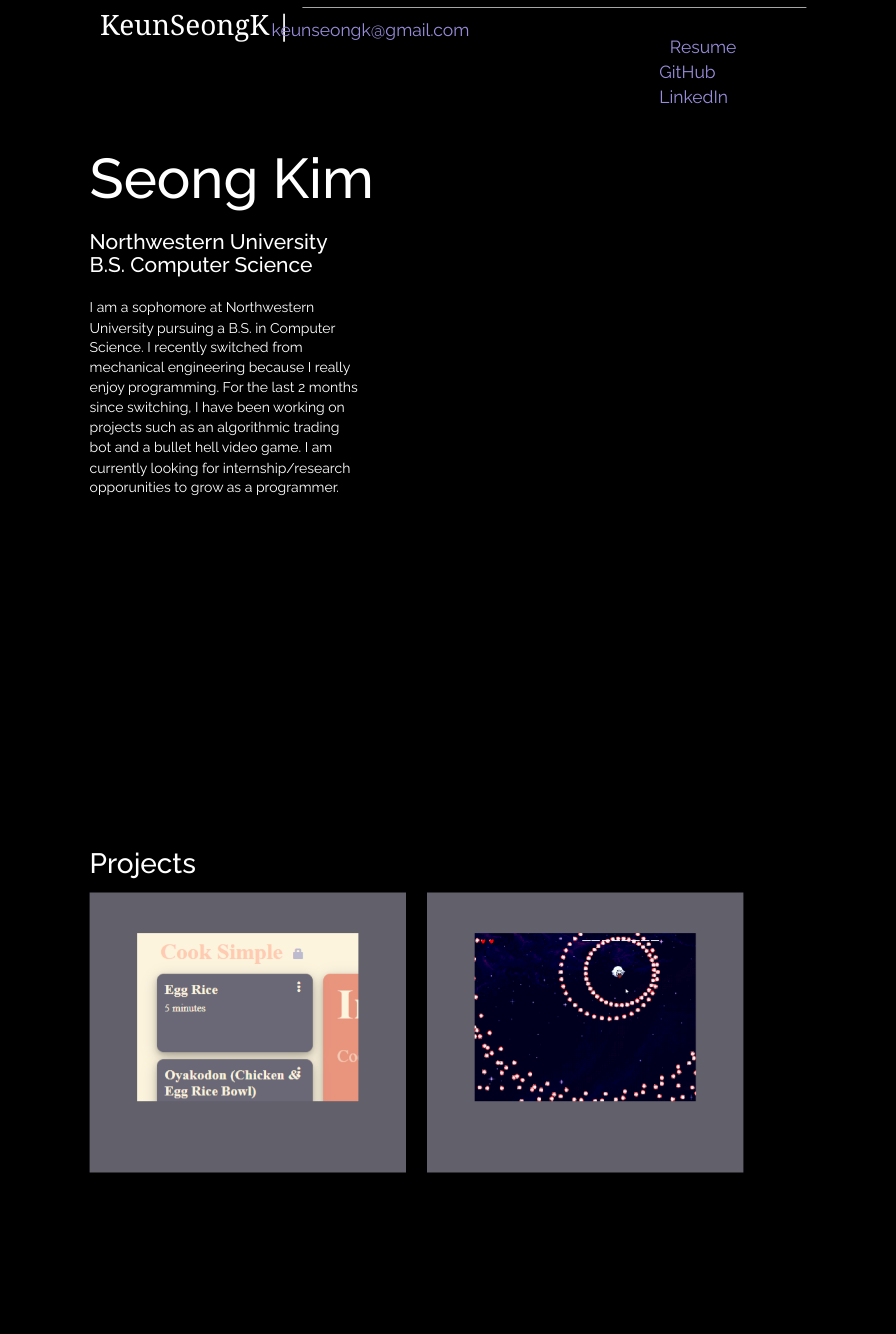
Repository: oqueuo/personal-site
Page: index.html
An editor plug-in stored every save of this project. The page is shown before and after the next save, followed by the edit.
The browser window is 1280 px wide. The pictures show the whole page, at 70% of full size.

Above is the page before, as saved 2020-09-21 16:48:17.
Console error (its wording comes from the project's code and is left out).

After the next save:
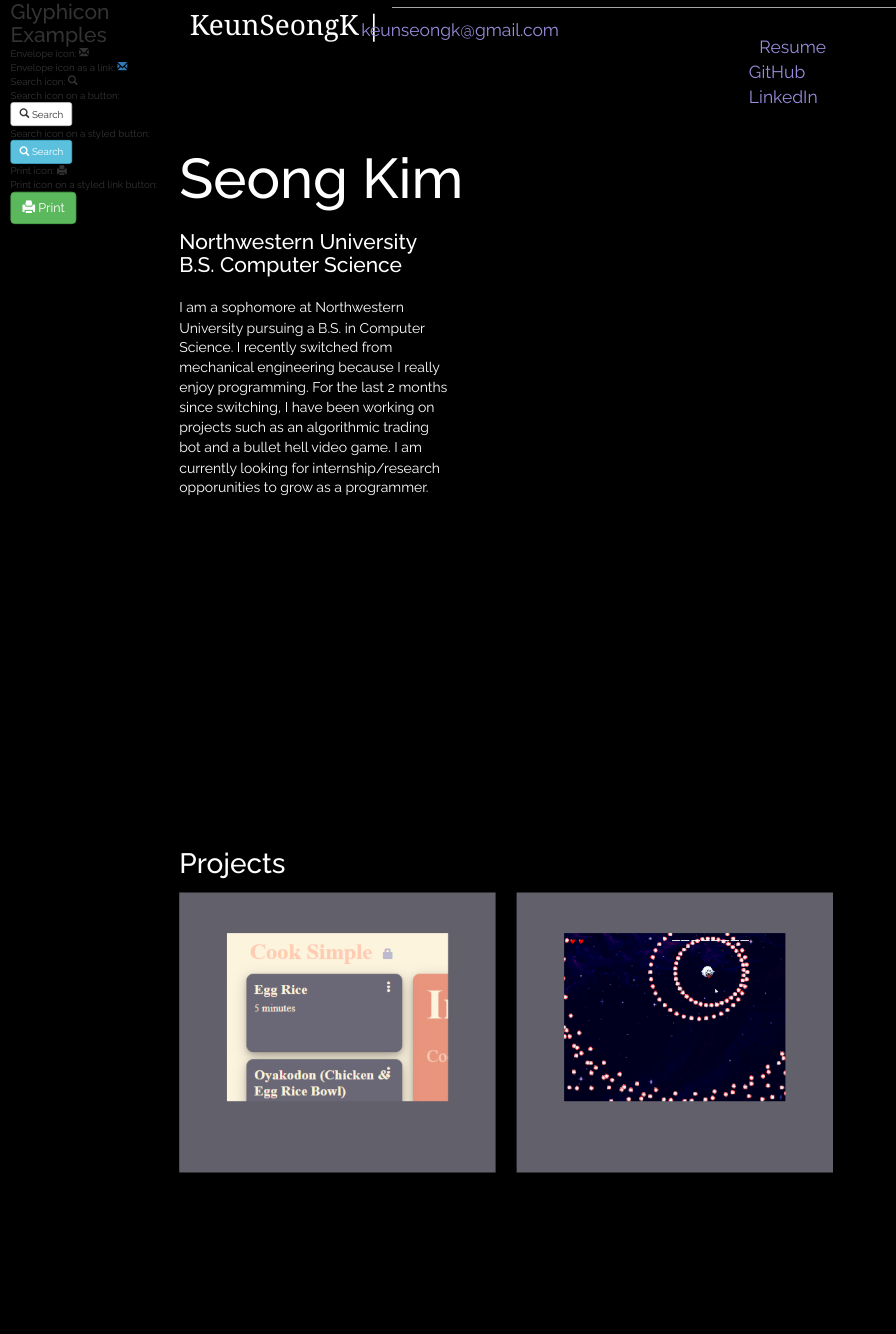
Saved 21 s later.
--- a/index.html
+++ b/index.html
@@ -12,6 +12,30 @@
   </head>
 
   <body>
+    <div class="container">
+      <h2>Glyphicon Examples</h2>
+      <p>Envelope icon: <span class="glyphicon glyphicon-envelope"></span></p>
+      <p>Envelope icon as a link:
+        <a href="#"><span class="glyphicon glyphicon-envelope"></span></a>
+      </p>
+      <p>Search icon: <span class="glyphicon glyphicon-search"></span></p>
+      <p>Search icon on a button:
+        <button type="button" class="btn btn-default">
+          <span class="glyphicon glyphicon-search"></span> Search
+        </button>
+      </p>
+      <p>Search icon on a styled button:
+        <button type="button" class="btn btn-info">
+          <span class="glyphicon glyphicon-search"></span> Search
+        </button>
+      </p>
+      <p>Print icon: <span class="glyphicon glyphicon-print"></span></p>
+      <p>Print icon on a styled link button:
+        <a href="#" class="btn btn-success btn-lg">
+          <span class="glyphicon glyphicon-print"></span> Print
+        </a>
+      </p>
+    </div>
     <main>
       <header>
         <h1 id="navbar-brand"><a href="index.html" class="navbar-brand">KeunSeongK |</a></h1>

After the save that followed:
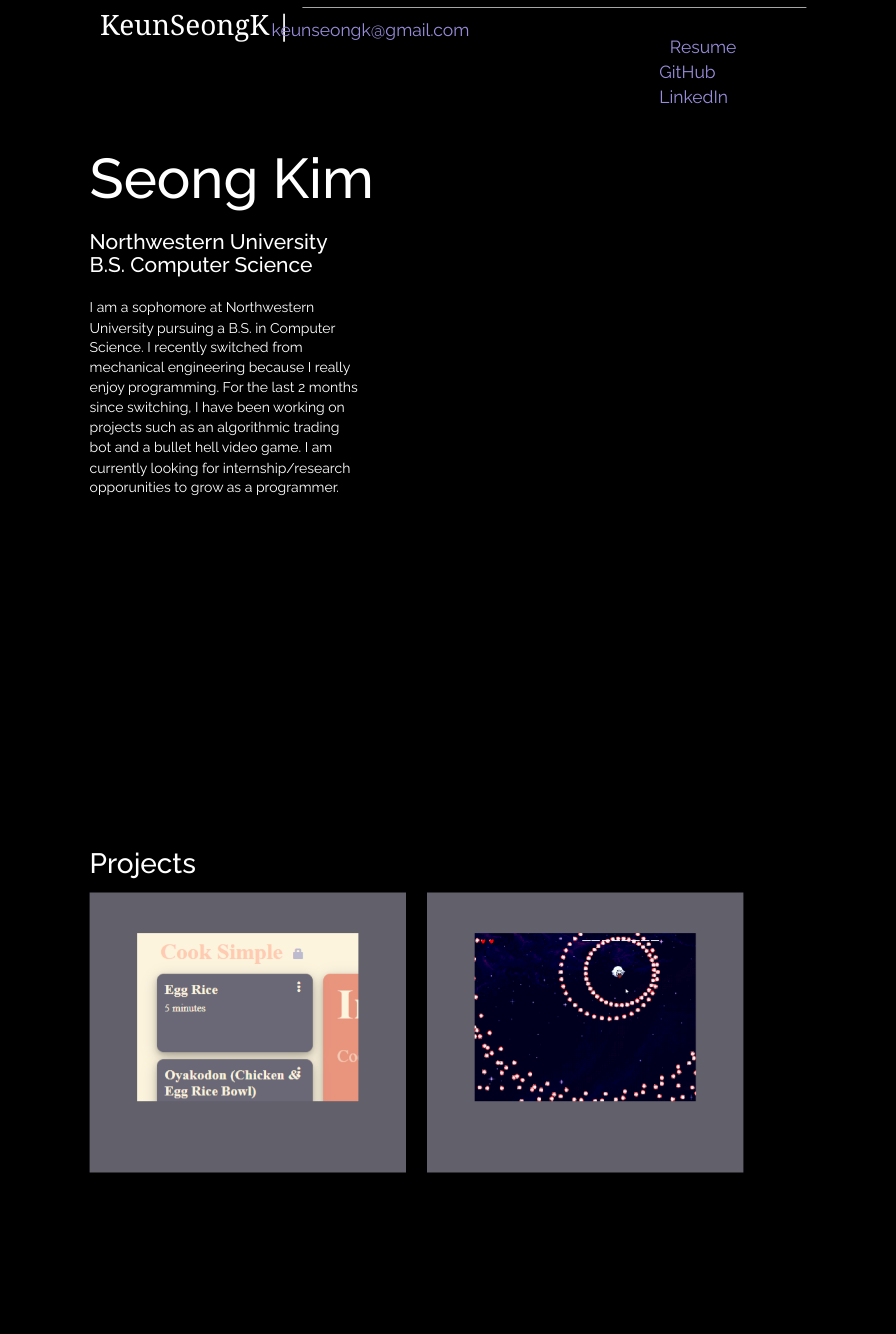
Saved 11 s later.
--- a/index.html
+++ b/index.html
@@ -12,30 +12,6 @@
   </head>
 
   <body>
-    <div class="container">
-      <h2>Glyphicon Examples</h2>
-      <p>Envelope icon: <span class="glyphicon glyphicon-envelope"></span></p>
-      <p>Envelope icon as a link:
-        <a href="#"><span class="glyphicon glyphicon-envelope"></span></a>
-      </p>
-      <p>Search icon: <span class="glyphicon glyphicon-search"></span></p>
-      <p>Search icon on a button:
-        <button type="button" class="btn btn-default">
-          <span class="glyphicon glyphicon-search"></span> Search
-        </button>
-      </p>
-      <p>Search icon on a styled button:
-        <button type="button" class="btn btn-info">
-          <span class="glyphicon glyphicon-search"></span> Search
-        </button>
-      </p>
-      <p>Print icon: <span class="glyphicon glyphicon-print"></span></p>
-      <p>Print icon on a styled link button:
-        <a href="#" class="btn btn-success btn-lg">
-          <span class="glyphicon glyphicon-print"></span> Print
-        </a>
-      </p>
-    </div>
     <main>
       <header>
         <h1 id="navbar-brand"><a href="index.html" class="navbar-brand">KeunSeongK |</a></h1>
